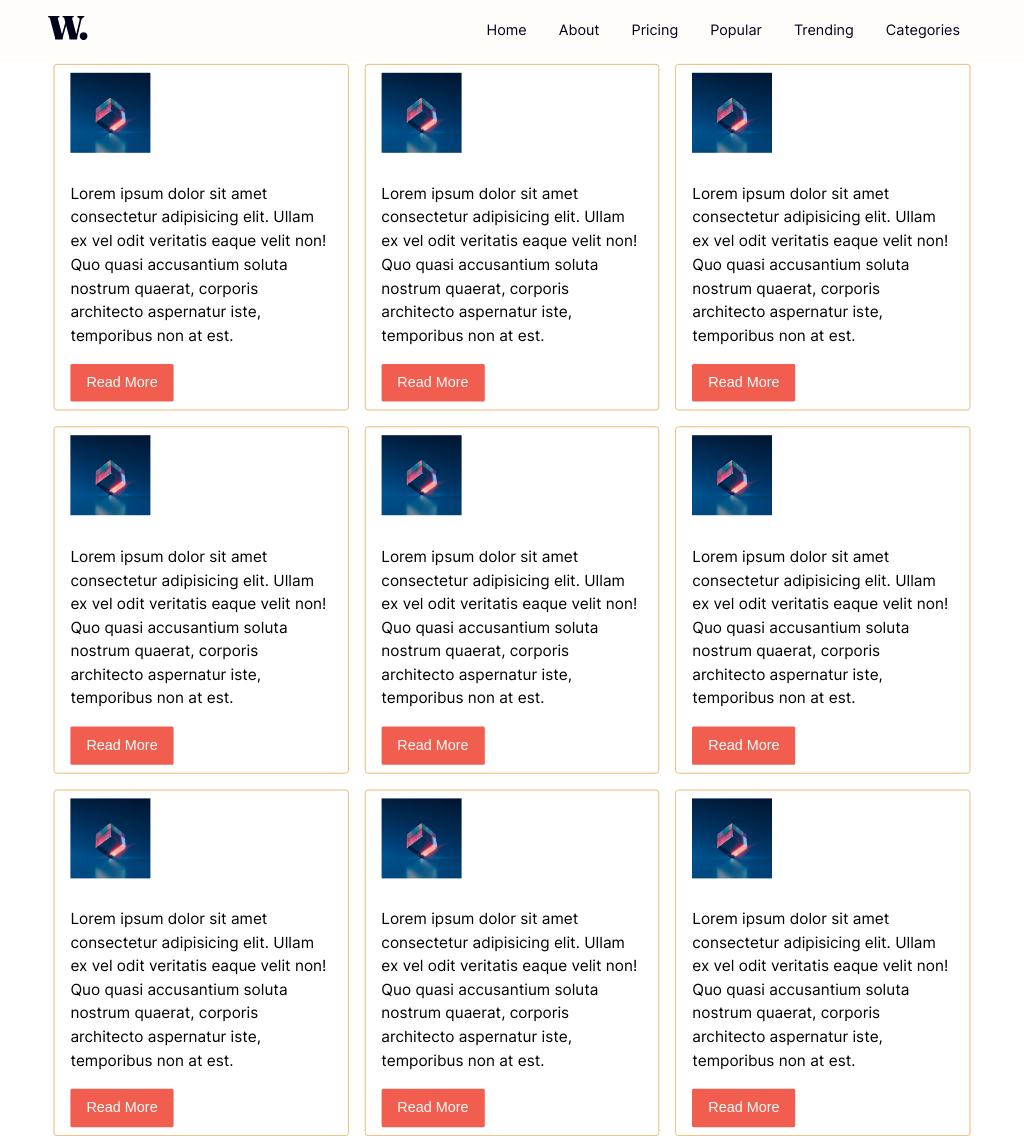
Repository: Benedict-Anthony/web3.0-blog-chain
Page: /trending
These files come from the project's save history. The page is drawn as it stood at one moment and after the next save; the edit follows.
The browser window is 1280 px wide. The pictures show the whole page, at 80% of full size.
The project was rebuilt for these pictures with package versions that can differ from the ones it lists, and the page was loaded fresh each time. The framework's server and built-in components were replaced by stand-ins that run in the browser. Also part of the build but not shown: next.config.js, styles/styles.css.

Above is the page before, as saved 2022-12-21 02:33:52.

After the next save:
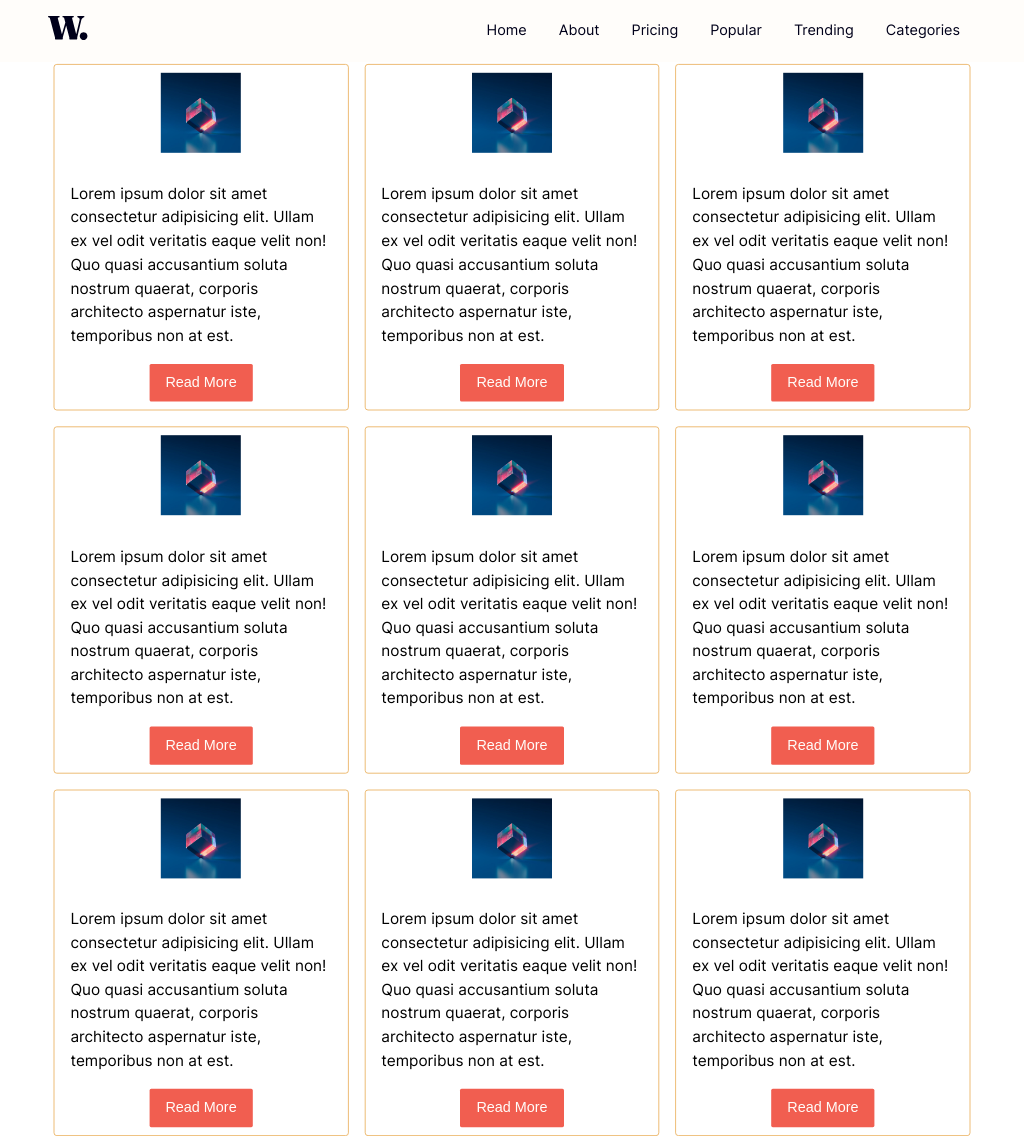
Saved 4 min 2 s later.
--- a/styles/Trending.module.scss
+++ b/styles/Trending.module.scss
@@ -22,10 +22,11 @@
 
     div{
         padding: 10px 20px;
-        // text-align: center;
+        text-align: center;
         p{
             padding: 10px 0;
             font-size: 1.2rem;
+            text-align:left;
         }
     }
 }
